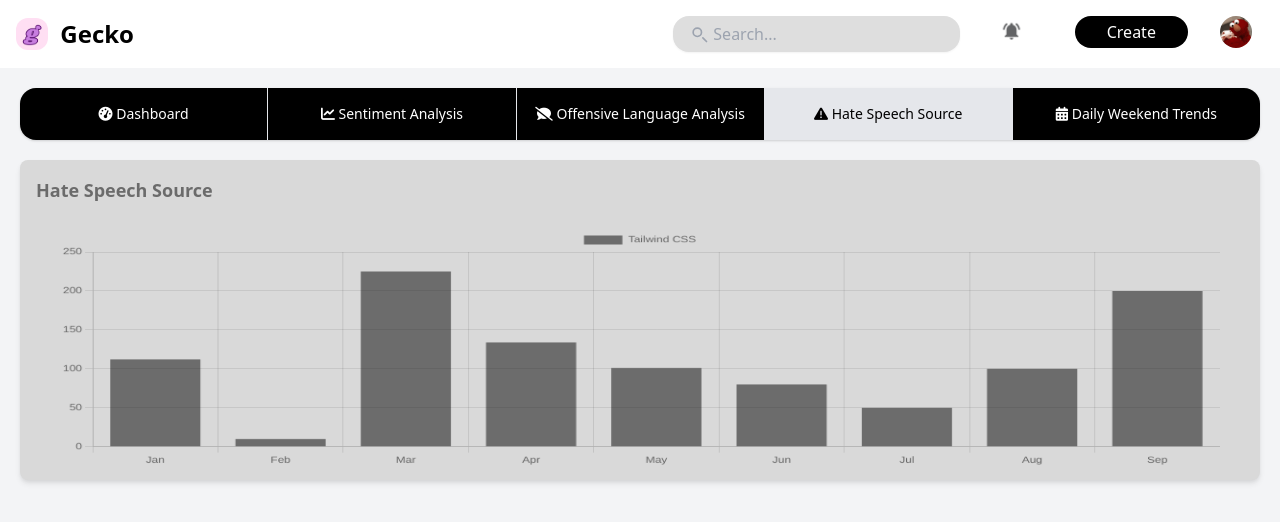
Repository: theamgri/thesis-website-nextjs
Page: hatespeech.html
These files come from the project's save history. The page is drawn as it stood at one moment and after the next save; the edit follows.
The browser window is 1280 px wide. The pictures show the whole page.

Above is the page before, as saved 2023-10-07 10:22:11.

### hatespeech.html
<!DOCTYPE html>
<html lang="en">
<head>
    <meta charset="UTF-8">
    <meta name="viewport" content="width=device-width, initial-scale=1.0">
    <title>Gecko</title>
    <link rel="icon" type="image/x-icon" href="/images/icon.png">
    <link href="https://cdn.jsdelivr.net/npm/tailwindcss@2.2.19/dist/tailwind.min.css" rel="stylesheet">
    <script src="https://cdn.jsdelivr.net/npm/chart.js"></script>
    <link rel="stylesheet" href="https://cdnjs.cloudflare.com/ajax/libs/font-awesome/6.0.0-beta3/css/all.min.css">

    <script src="https://kit.fontawesome.com/yourcode.js" crossorigin="anonymous"></script>


</head>
<body class="bg-gray-100">

<nav class="bg-white drop-shadow-2xl border-gray-200 dark:bg-gray-900">
    <div class="flex flex-wrap items-center justify-between mx-auto p-4">
      <a href="." class="flex items-center">
          <img src="images/icon.png" class="h-8 mr-3 rounded-xl" alt="Logo" />
          <span class="self-center text-2xl font-semibold whitespace-nowrap dark:text-white">Gecko</span>
      </a>
      <button data-collapse-toggle="navbar-default" type="button" class="inline-flex items-center p-2 w-10 h-10 justify-center text-sm text-gray-500 rounded-lg md:hidden hover:bg-gray-100 focus:outline-none focus:ring-2 focus:ring-gray-200 dark:text-gray-400 dark:hover:bg-gray-700 dark:focus:ring-gray-600" aria-controls="navbar-default" aria-expanded="false">
          <span class="sr-only">Open main menu</span>
          <svg class="w-5 h-5" aria-hidden="true" xmlns="http://www.w3.org/2000/svg" fill="none" viewBox="0 0 17 14">
              <path stroke="currentColor" stroke-linecap="round" stroke-linejoin="round" stroke-width="2" d="M1 1h15M1 7h15M1 13h15"/>
          </svg>
      </button>
      <div class="hidden w-full md:block md:w-auto drop-shadow-2xl" id="navbar-default">
        <ul class="font-medium flex flex-col p-4 md:p-0 mt-4 border border-gray-100 rounded-lg bg-gray-50 md:flex-row md:space-x-8 md:mt-0 md:border-0 md:bg-white dark:bg-gray-800 md:dark:bg-gray-900 dark:border-gray-700">
            <li>
                <div class="relative">
                    <input
                        type="text"
                        placeholder="Search..."
                        class="block w-full py-2 pl-10 pr-4 leading-5 rounded-2xl shadow-sm focus:ring focus:ring-blue-200 border-gray-300" style="background-color: #DEDEDE;"
                    />
                    <div class="absolute inset-y-0 left-0 pl-4 flex items-center pointer-events-none">
                        <svg
                            class="w-5 h-5 text-gray-400"
                            fill="none"
                            stroke="currentColor"
                            viewBox="0 0 24 24"
                            xmlns="http://www.w3.org/2000/svg"
                        >
                            <path
                                stroke-linecap="round"
                                stroke-linejoin="round"
                                stroke-width="2"
                                d="M21 21l-4.35-4.35"
                            />
                            <path
                                stroke-linecap="round"
                                stroke-linejoin="round"
                                stroke-width="2"
                                d="M15 10a5 5 0 11-10 0 5 5 0 0110 0z"
                            />
                        </svg>
                    </div>
                </div>

              </li>
            <li>
              <img src="images/bellbutton.png" class="h-8 mr-3 rounded-xl" alt="Notification Bell" />
          </li>
          <li>
            <button class="bg-black drop-shadow-2xl hover:bg-blue-700 text-white font-normal py-1 px-8 rounded-full">
              Create
            </button>
          </li>
          <li>
            <a href="your-link-here">
                <img src="images/user.jpg" class="h-8 mr-3 rounded-full" alt="Notification Bell" />
            </a>
        </li>


        </ul>
      </div>
    </div>
  </nav>

  <div class="sm:hidden">

    <select id="tabs" class="bg-gray-100 border border-gray-300 text-gray-900 text-sm rounded-lg focus:ring-blue-500 focus:border-blue-500 block w-full p-2.5 dark:bg-gray-700 dark:border-gray-600 dark:placeholder-gray-400 dark:text-white dark:focus:ring-blue-500 dark:focus:border-blue-500">
        <option></option>
        <option></option>
        <option></option>
        <option></option>
    </select>
  </div>
  <ul class="m-5 rounded-2xl drop-shadow-xl hidden text-sm font-medium text-center text-white divide-x divide-gray-200 rounded-lg shadow sm:flex bg-black dark:bg-gray-900 dark:divide-gray-700">
      <li class="w-full">
          <a href="#" class="inline-block font-medium w-full p-4 hover:text-white focus:ring-4 focus:ring-blue-300 focus:outline-none dark:hover:bg-gray-700" aria-current="page">
              <i class="fas fa-tachometer-alt"></i> Dashboard
          </a>
      </li>
      <li class="w-full">
          <a href="#" class="inline-block font-medium w-full p-4 hover:text-white focus:ring-4 focus:ring-blue-300 focus:outline-none dark:hover:bg-gray-700">
              <i class="fas fa-chart-line"></i> Sentiment Analysis
          </a>
      </li>


      <li class="w-full">
          <a href="#" class="inline-block font-medium w-full p-4 rounded-r-lg hover:text-white focus:ring-4 focus:outline-none focus:ring-blue-300 dark:hover:bg-gray-700">
              <i class="fas fa-comment-slash"></i> Offensive Language Analysis
          </a>
      </li>
      <li class="w-full">
          <a href="#" class="inline-block font-medium w-full p-4 text-black bg-gray-200 focus:ring-4 focus:ring-blue-300 focus:outline-none">
              <i class="fas fa-exclamation-triangle"></i> Hate Speech Source
          </a>
      </li>
      <li class="w-full">
          <a href="#" class="inline-block font-medium w-full p-4 rounded-r-lg hover:text-white focus:ring-4 focus:outline-none focus:ring-blue-300 dark:hover:bg-gray-700">
              <i class="fas fa-calendar-alt"></i> Daily Weekend Trends
          </a>
      </li>
  </ul>

  <div class="m-5 grid grid-cols-1 md:grid-cols-1 lg:grid-cols-1 xl:grid-cols-1 gap-4 mt-4">
    <!-- Container 3 -->
    <div class="bg-white p-4 rounded-lg shadow-md" style="background-color: #D9D9D9; height: 20rem;">
        <h2 class="text-lg opacity-50 font-semibold">Hate Speech Source</h2>
        <canvas class="p-6" id="barChart" style="max-height: 100%;"></canvas>
    </div>
    <script src="https://cdnjs.cloudflare.com/ajax/libs/Chart.js/3.9.1/chart.min.js"
        integrity="sha512-ElRFoEQdI5Ht6kZvyzXhYG9NqjtkmlkfYk0wr6wHxU9JEHakS7UJZNeml5ALk+8IKlU6jDgMabC3vkumRokgJA=="
        crossorigin="anonymous" referrerpolicy="no-referrer"></script>
    <script>
        const labels = ['Jan', 'Feb', 'Mar', 'Apr', 'May', 'Jun', 'Jul', 'Aug', 'Sep'];
        const data = {
            labels: labels,
            datasets: [
                {
                    label: "Tailwind CSS",
                    backgroundColor: "rgba(0, 0, 0, 0.5)", // Black with 50% opacity
                    borderColor: '#D9D9D9', // D9D9D9
                    data: [112, 10, 225, 134, 101, 80, 50, 100, 200],
                    fill: false,
                },
            ],
        };

        const configChart = {
            type: "bar",
            data,
            options: {},
        };

        var chartLine = new Chart(
            document.getElementById("barChart"),
            configChart
        );
    </script>
</div>



</body>
</html>

After the next save:
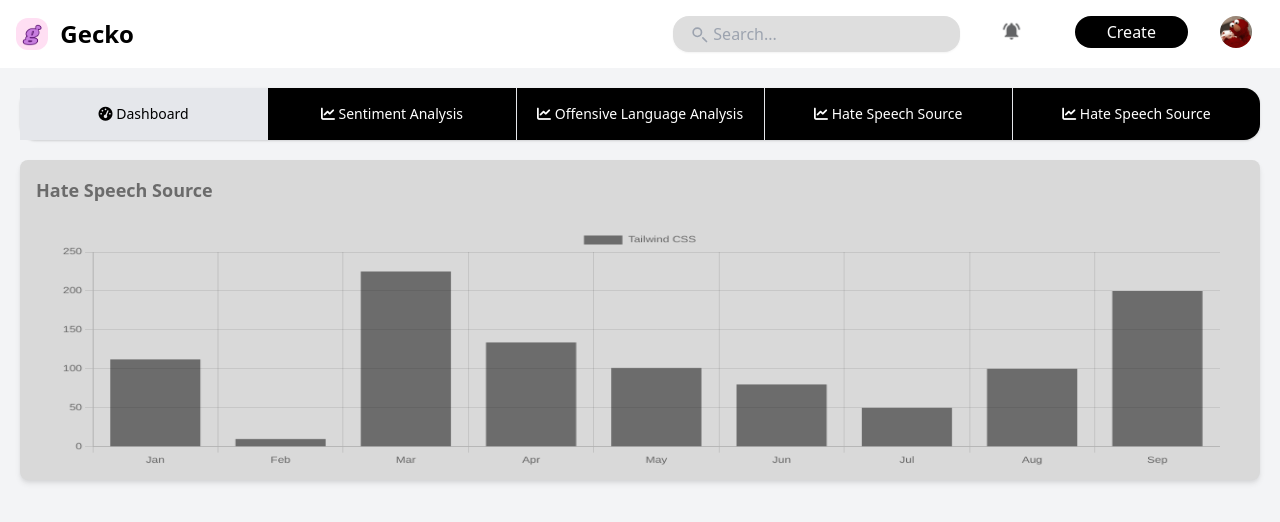
Saved 3 s later.
--- a/hatespeech.html
+++ b/hatespeech.html
@@ -91,35 +91,72 @@
     </select>
   </div>
   <ul class="m-5 rounded-2xl drop-shadow-xl hidden text-sm font-medium text-center text-white divide-x divide-gray-200 rounded-lg shadow sm:flex bg-black dark:bg-gray-900 dark:divide-gray-700">
-      <li class="w-full">
-          <a href="#" class="inline-block font-medium w-full p-4 hover:text-white focus:ring-4 focus:ring-blue-300 focus:outline-none dark:hover:bg-gray-700" aria-current="page">
-              <i class="fas fa-tachometer-alt"></i> Dashboard
-          </a>
-      </li>
-      <li class="w-full">
-          <a href="#" class="inline-block font-medium w-full p-4 hover:text-white focus:ring-4 focus:ring-blue-300 focus:outline-none dark:hover:bg-gray-700">
-              <i class="fas fa-chart-line"></i> Sentiment Analysis
-          </a>
-      </li>
-
-
-      <li class="w-full">
-          <a href="#" class="inline-block font-medium w-full p-4 rounded-r-lg hover:text-white focus:ring-4 focus:outline-none focus:ring-blue-300 dark:hover:bg-gray-700">
-              <i class="fas fa-comment-slash"></i> Offensive Language Analysis
-          </a>
-      </li>
-      <li class="w-full">
-          <a href="#" class="inline-block font-medium w-full p-4 text-black bg-gray-200 focus:ring-4 focus:ring-blue-300 focus:outline-none">
-              <i class="fas fa-exclamation-triangle"></i> Hate Speech Source
-          </a>
-      </li>
-      <li class="w-full">
-          <a href="#" class="inline-block font-medium w-full p-4 rounded-r-lg hover:text-white focus:ring-4 focus:outline-none focus:ring-blue-300 dark:hover:bg-gray-700">
-              <i class="fas fa-calendar-alt"></i> Daily Weekend Trends
-          </a>
-      </li>
-  </ul>
-
+    <li class="w-full">
+        <a href="#" class="inline-block font-medium w-full p-4 text-black bg-gray-200 focus:ring-4 focus:ring-blue-300 focus:outline-none" aria-current="page">
+            <i class="fas fa-tachometer-alt"></i> Dashboard
+        </a>
+    </li>
+    <li class="w-full">
+        <!-- Add an ID to the link for JavaScript -->
+        <a id="sentimentLink" href="#" class="inline-block font-medium w-full p-4 hover:text-white focus:ring-4 focus:ring-blue-300 focus:outline-none dark:hover:bg-gray-700">
+            <i class="fas fa-chart-line"></i> Sentiment Analysis
+        </a>
+    </li>
+    <script>
+        // Get a reference to the link
+        const sentimentLink = document.getElementById("sentimentLink");
+
+        // Add a click event listener to the link
+        sentimentLink.addEventListener("click", function(event) {
+            // Prevent the default behavior (e.g., navigating to #)
+            event.preventDefault();
+
+            // Navigate to sentiment.html
+            window.location.href = "sentiment.html";
+        });
+    </script>
+    <li class="w-full">
+        <a id="offensivelang" href="#" class="inline-block font-medium w-full p-4 hover:text-white focus:ring-4 focus:ring-blue-300 focus:outline-none dark:hover:bg-gray-700">
+            <i class="fas fa-chart-line"></i> Offensive Language Analysis
+        </a>
+    </li>
+    <script>
+        // Get a reference to the link
+        const offensivelang = document.getElementById("offensivelang");
+
+        // Add a click event listener to the link
+        offensivelang.addEventListener("click", function(event) {
+            // Prevent the default behavior (e.g., navigating to #)
+            event.preventDefault();
+
+            // Navigate to sentiment.html
+            window.location.href = "OLA.html";
+        });
+    </script>
+    <li class="w-full">
+        <a id="hatespeech" href="#" class="inline-block font-medium w-full p-4 hover:text-white focus:ring-4 focus:ring-blue-300 focus:outline-none dark:hover:bg-gray-700">
+            <i class="fas fa-chart-line"></i> Hate Speech Source
+        </a>
+    </li>
+    <script>
+        // Get a reference to the link
+        const hatespeech = document.getElementById("hatespeech");
+
+        // Add a click event listener to the link
+        hatespeech.addEventListener("click", function(event) {
+            // Prevent the default behavior (e.g., navigating to #)
+            event.preventDefault();
+
+            // Navigate to sentiment.html
+            window.location.href = "hatespeech.html";
+        });
+    </script>
+    <li class="w-full">
+        <a id="dailweektrend" href="#" class="inline-block font-medium w-full p-4 hover:text-white focus:ring-4 focus:ring-blue-300 focus:outline-none dark:hover:bg-gray-700">
+            <i class="fas fa-chart-line"></i> Hate Speech Source
+        </a>
+    </li>
+</ul>
   <div class="m-5 grid grid-cols-1 md:grid-cols-1 lg:grid-cols-1 xl:grid-cols-1 gap-4 mt-4">
     <!-- Container 3 -->
     <div class="bg-white p-4 rounded-lg shadow-md" style="background-color: #D9D9D9; height: 20rem;">
